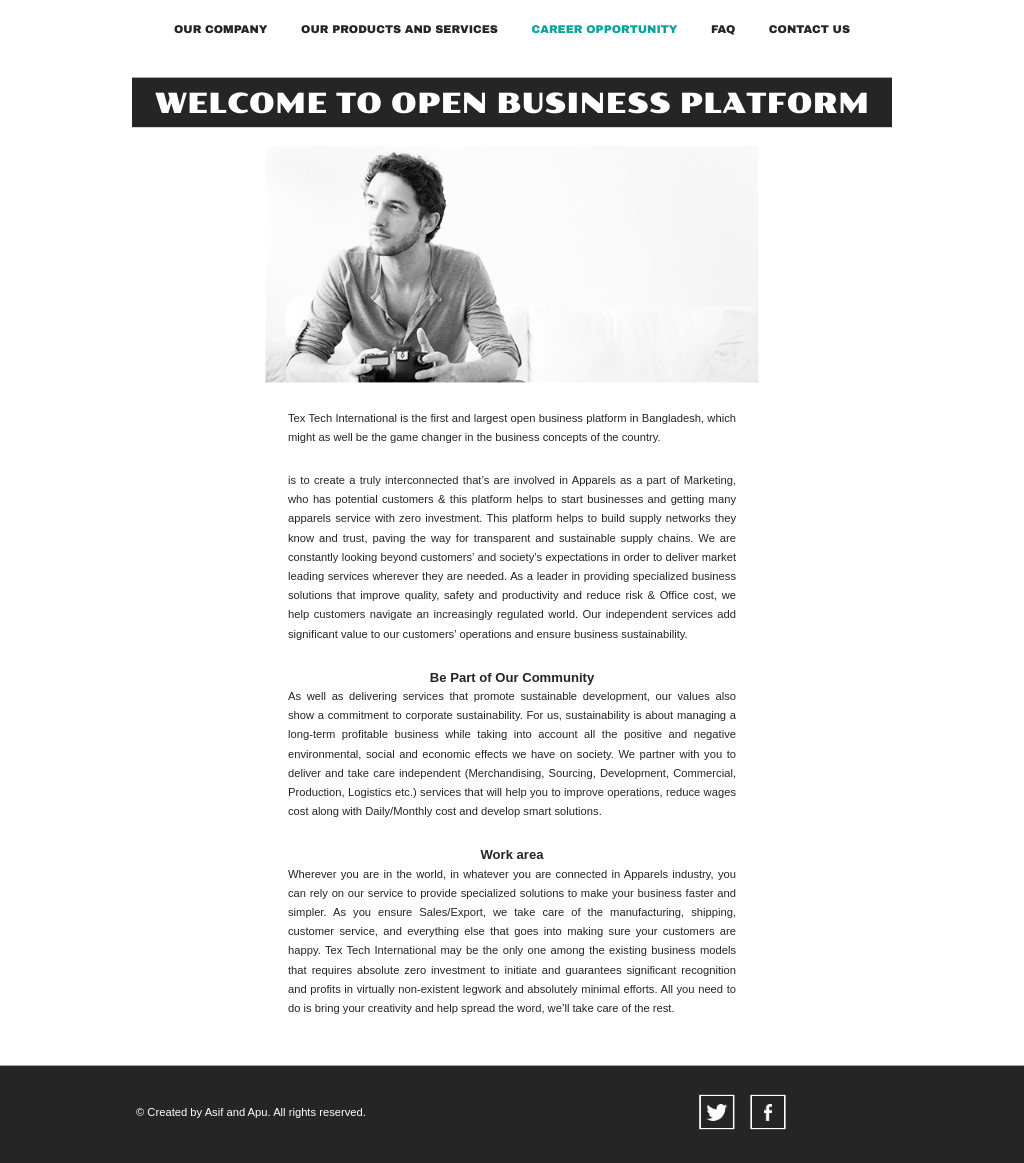
Repository: asifdotpy/textechint
Page: about.html
An editor plug-in stored every save of this project. The page is shown before and after a run of saves, followed by the edit.
The browser window is 1280 px wide. The pictures show the whole page, at 80% of full size.

Above is the page before, as saved 2021-02-24 00:47:17.

After the next 3 saves:
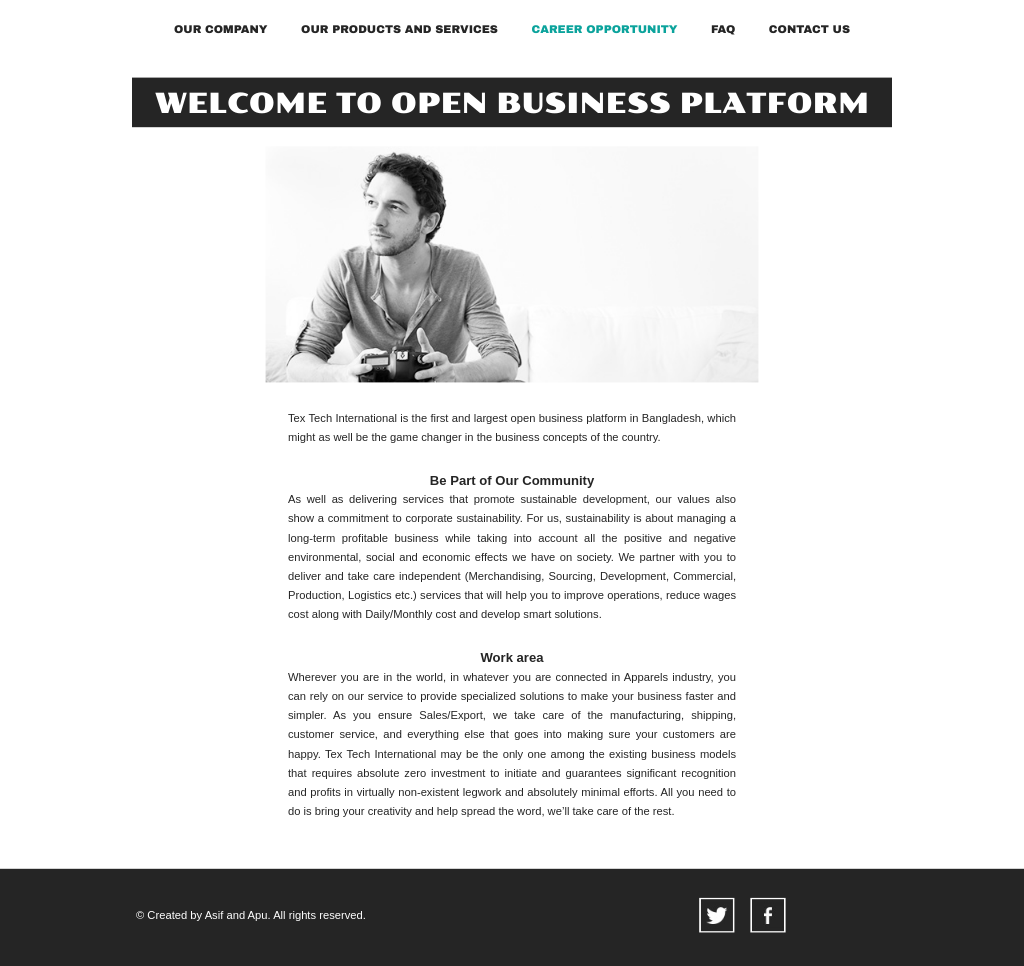
The 3 saves are shown as one change because they came seconds apart.
The last was saved 10 s later.
--- a/about.html
+++ b/about.html
@@ -37,10 +37,7 @@
 				<!--<h3>Tex Tech International is the first and largest open business platform in Bangladesh</h3>-->
 				<p>Tex Tech International is the first and largest open business platform in Bangladesh, which might as well be the game changer in the business concepts of the country. </p>
 				<!--<h3>Our goal </h3>-->
-				<p>
-					is to create a truly interconnected that’s are involved in Apparels as a part of Marketing, who has potential customers & this platform helps to start businesses and getting many apparels service with zero investment. This platform helps to build supply networks they know and trust, paving the way for transparent and sustainable supply chains. We are constantly looking beyond customers’ and society’s expectations in order to deliver market leading services wherever they are needed. As a leader in providing specialized business solutions that improve quality, safety and productivity and reduce risk & Office cost, we help customers navigate an increasingly regulated world. Our independent services add significant value to our customers’ operations and ensure business sustainability.
-
-				</p>
+				<p>				</p>
 				<h3>Be Part of Our Community</h3>
 				<p>
 					As well as delivering services that promote sustainable development, our values also show a commitment to corporate sustainability. For us, sustainability is about managing a long-term profitable business while taking into account all the positive and negative environmental, social and economic effects we have on society. We partner with you to deliver and take care independent (Merchandising, Sourcing, Development, Commercial, Production, Logistics etc.) services that will help you to improve operations, reduce wages cost along with Daily/Monthly cost and develop smart solutions.
